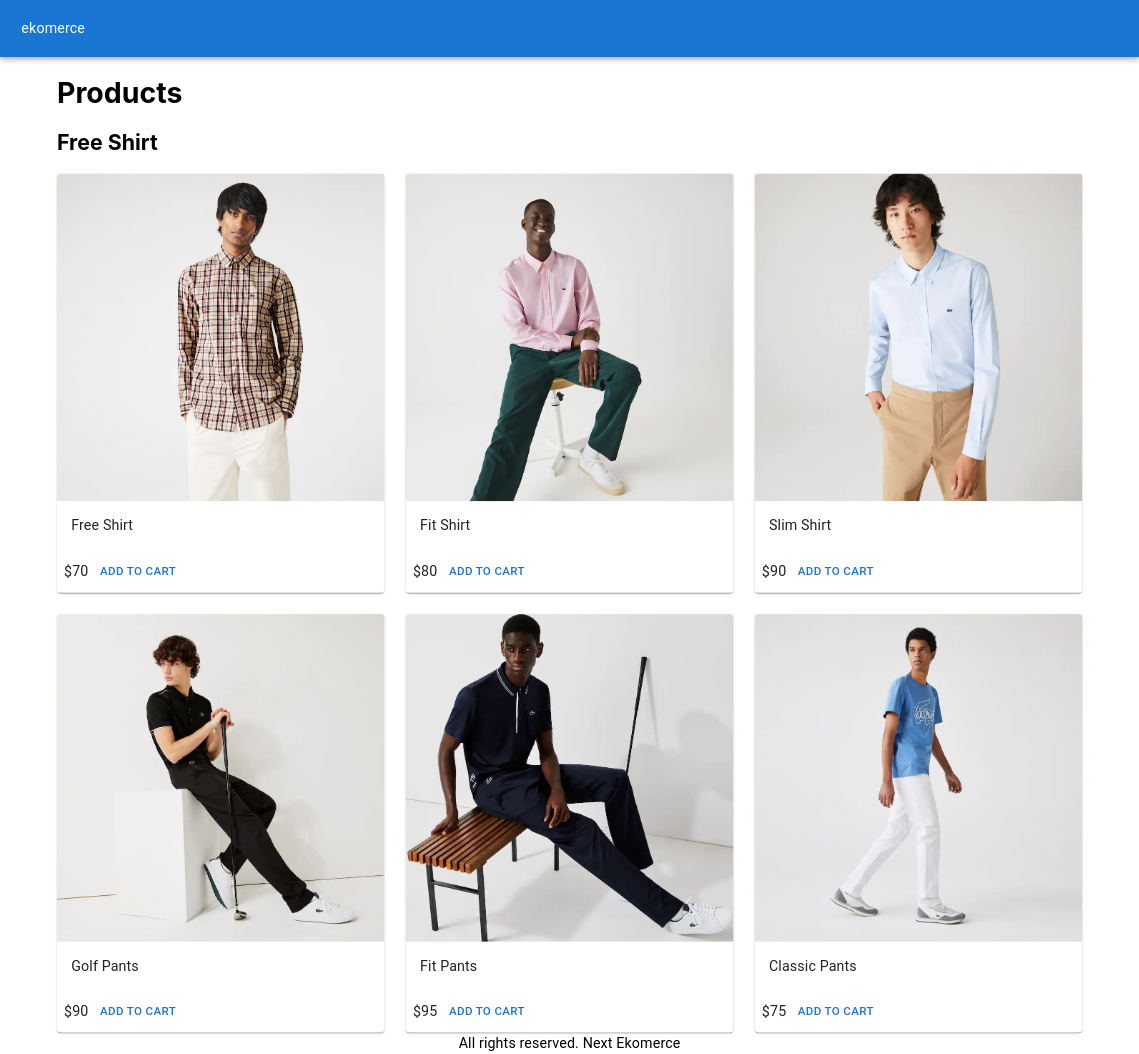
Repository: ChakmaSajib/ekomerce
Page: /
These files come from the project's save history. The page is drawn as it stood at one moment and after the next save; the edit follows.
The browser window is 1280 px wide. The pictures show the whole page, at 89% of full size.
The project was rebuilt for these pictures with package versions that can differ from the ones it lists, and the page was loaded fresh each time. The framework's server and built-in components were replaced by stand-ins that run in the browser. Also part of the build but not shown: next.config.js, styles/Home.module.css.

Above is the page before, as saved 2022-01-02 00:17:36.

### pages/_app.js
import React, { useEffect } from "react"
import '../styles/globals.css'
function MyApp({ Component, pageProps }) {
  useEffect(() => {
    // this will call after rendering this component
    // to remove css for server side rendering
    // to fix the issue with server-side with material-ui

    const jssStyle = document.querySelector('#jss-server-side')
    if (jssStyle) {
      jssStyle.parentElement.removeChild(jssStyle)
    }
  }, [])
  return <Component {...pageProps} />
}

export default MyApp

### pages/_document.js
// We will change the way that Next basically render the pages
import { ServerStyleSheets } from '@mui/styles';
import React from "react"
import App from 'next/app';
import Document, { Html, Head, Main, NextScript } from 'next/document';
export default class MyDocument extends Document {
    render() {
        return (
            <Html lang="en">
                <Head></Head>
                {/** here, the body element does not comming from NextJS */}
                <body>
                    <Main />
                    <NextScript />
                </body>
            </Html>
        )
    }
}

// This will render before above component
MyDocument.getInitialProps = async (ctx) => {
    const sheets = new ServerStyleSheets();
    const originalRenderPage = ctx.renderPage;
    ctx.renderPage = () => {
        return originalRenderPage({
            enhanceApp: (App) => (props) => sheets.collect(<App {...props} />),
        });
    };

    const initialProps = await Document.getInitialProps(ctx)
    return {
        ...initialProps,
        styles: [
            ...React.Children.toArray(initialProps.styles), sheets.getStyleElement()
        ]
    }
}

### pages/index.js
import Head from 'next/head'
import Image from 'next/image'
import Layout from '../components/Layout'
import styles from '../styles/Home.module.css'
import { Card, CardActionArea, CardContent, CardMedia, CardActions, Grid, Typography, Button } from '@mui/material'
import data from "../utils/data"

export default function Home() {
  return (
    <Layout>
      <div>
        <h1>Products</h1>
        <h2>{data.products[0].name}</h2>
        {/** Parent Grid */}
        <Grid container spacing={3}>
          {data.products.map((product) => (
            <Grid item key={product.name} md={4}>
              <Card>
                <CardActionArea>
                  <CardMedia component="img" image={product.image} title={product.name}>
                  </CardMedia>
                  <CardContent >
                    <Typography>
                      {product.name}
                    </Typography>
                  </CardContent>
                </CardActionArea>
                <CardActions>
                  <Typography>${product.price}</Typography>
                  <Button size="small" color="primary"> Add to cart</Button>
                </CardActions>
              </Card>
            </Grid>
          ))}
        </Grid>
      </div>
    </Layout>

  )
}

### components/Layout.js
import React from 'react';
import Head from 'next/head';
import { AppBar, Toolbar, Typography, Container } from '@mui/material';
import useStyles from '../utils/styles';

export default function Layout({ children }) {
    const classes = useStyles()

    return (
        <div>
            <Head>
                <title>Ekomerce</title>
            </Head>

            {/** App bar */}
            <AppBar position="static" className={classes.navbar}>
                <Toolbar>
                    <Typography>
                        ekomerce
                    </Typography>
                </Toolbar>
            </AppBar>

            {/** Main Container */}
            <Container className={classes.main}>
                {children}
            </Container>

            {/** Footer */}

            <footer className={classes.footer}>
                <Typography> All rights reserved. Next Ekomerce </Typography>
            </footer>
        </div>
    )
}

### utils/data.js
const data = {
    products: [
        {
            name: 'Free Shirt',
            category: 'Shirts',
            image: '/images/shirt1.jpg',
            price: 70,
            brand: 'Nike',
            rating: 4.5,
            numReviews: 10,
            countInStock: 20,
            description: 'A popular shirt',
        },
        {
            name: 'Fit Shirt',
            category: 'Shirts',
            image: '/images/shirt2.jpg',
            price: 80,
            brand: 'Adidas',
            rating: 4.2,
            numReviews: 10,
            countInStock: 20,
            description: 'A popular shirt',
        },
        {
            name: 'Slim Shirt',
            category: 'Shirts',
            image: '/images/shirt3.jpg',
            price: 90,
            brand: 'Raymond',
            rating: 4.5,
            numReviews: 10,
            countInStock: 20,
            description: 'A popular shirt',
        },
        {
            name: 'Golf Pants',
            category: 'Pants',
            image: '/images/pants1.jpg',
            price: 90,
            brand: 'Oliver',
            rating: 4.5,
            numReviews: 10,
            countInStock: 20,
            description: 'Smart looking pants',
        },
        {
            name: 'Fit Pants',
            category: 'Pants',
            image: '/images/pants2.jpg',
            price: 95,
            brand: 'Zara',
            rating: 4.5,
            numReviews: 10,
            countInStock: 20,
            description: 'A popular pants',
        },
        {
            name: 'Classic Pants',
            category: 'Pants',
            image: '/images/pants3.jpg',
            price: 75,
            brand: 'Casely',
            rating: 4.5,
            numReviews: 10,
            countInStock: 20,
            description: 'A popular pants',
        },
    ],
};
export default data;

### utils/styles.js
import { makeStyles } from '@mui/styles';

const useStyles = makeStyles({
    navbar: {
        backgroundColor: '#203040',
        '& a': {
            color: "#fff",
            marginLeft: 10,
        }

    },
    main: {
        minHeight: '80vh',
    },

    footer: {
        textAlign: 'center'
    }
})

export default useStyles;

Loaded but not shown: styles/globals.css (common file)

After the next save:
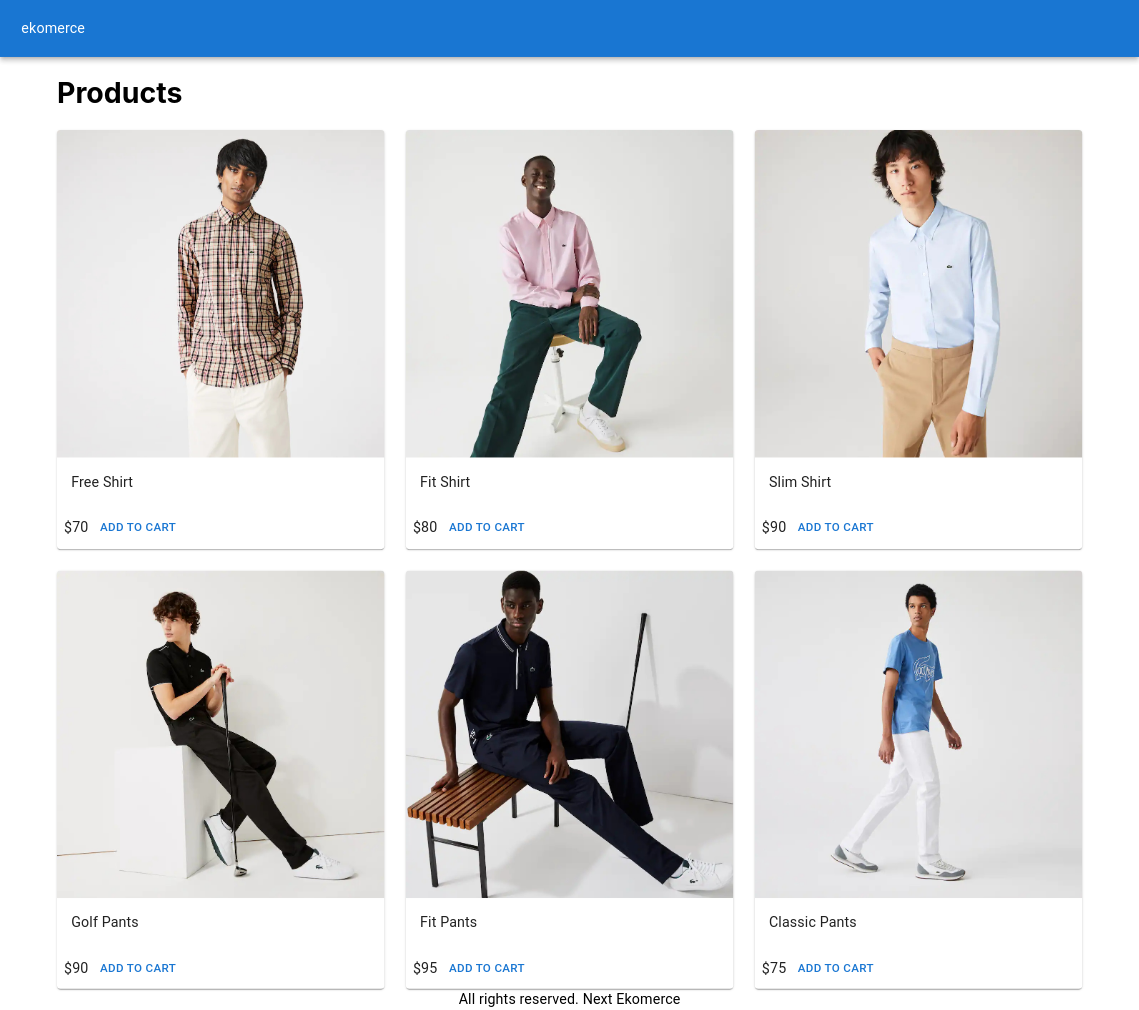
Saved 34 s later.
--- a/pages/index.js
+++ b/pages/index.js
@@ -10,7 +10,6 @@
     <Layout>
       <div>
         <h1>Products</h1>
-        <h2>{data.products[0].name}</h2>
         {/** Parent Grid */}
         <Grid container spacing={3}>
           {data.products.map((product) => (
